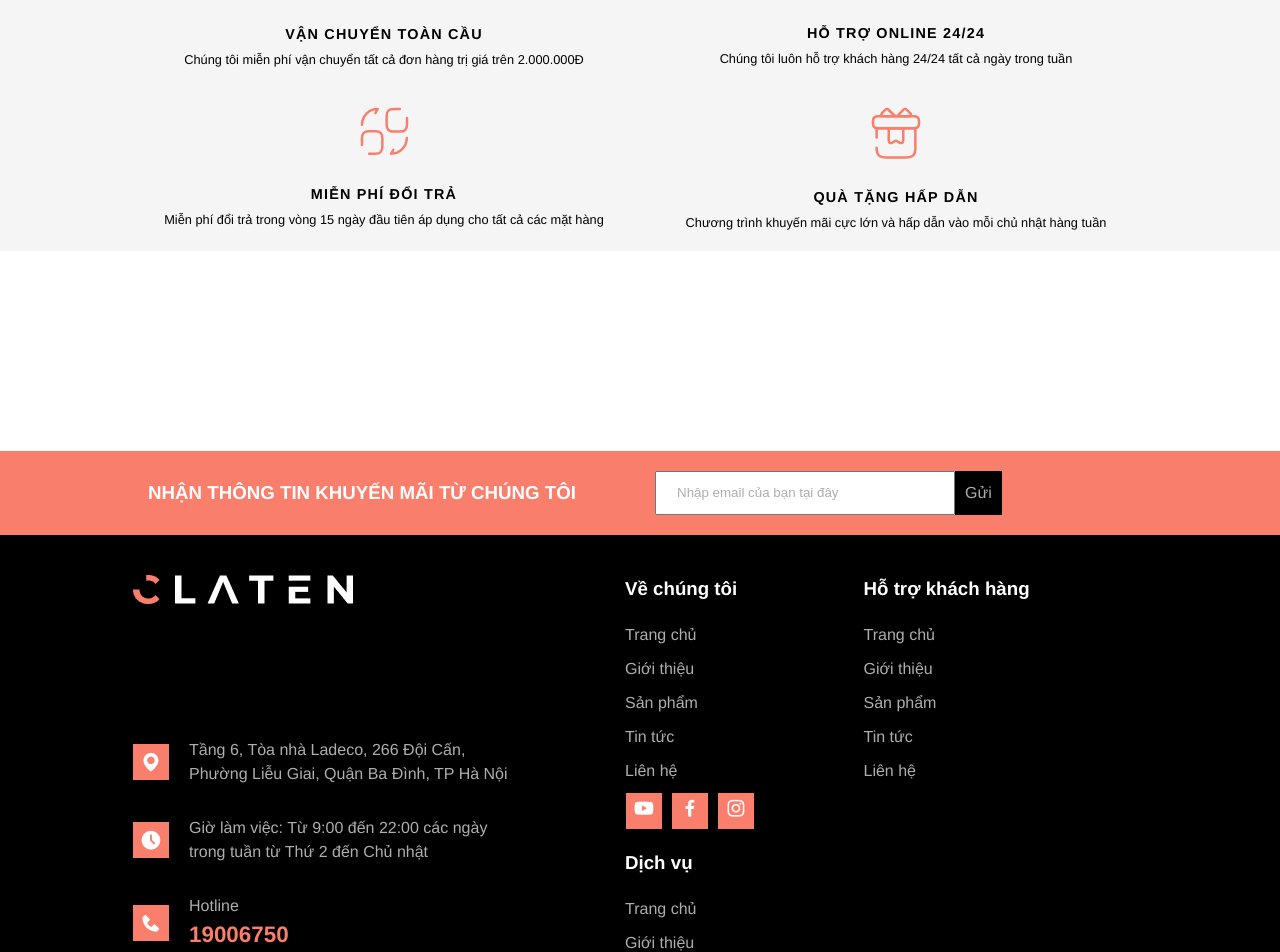
Repository: RennoPMXK/doan
Page: index.html
The author's editor kept a copy of each file at every save. The page is drawn from the files as they stood at one save, then again after the next save.
The browser window is 1280 px wide. The pictures show the part of the page from y = 644 to 1596 px (the page is 1721 px tall before and 1739 px after).

Above is the page before, as saved 2021-11-16 20:15:55.

After the next save:
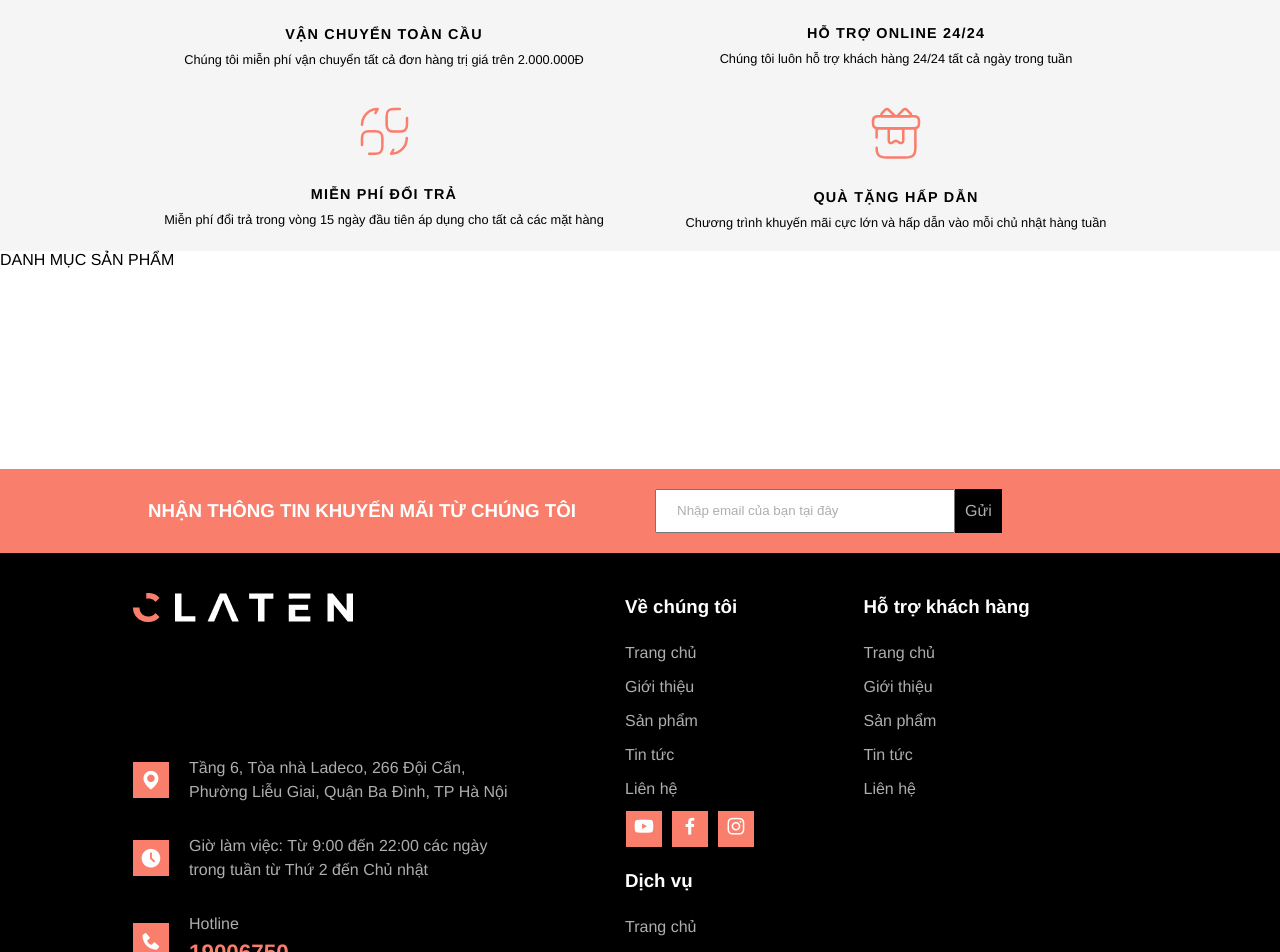
Saved 3 min 14 s later.
--- a/index.html
+++ b/index.html
@@ -141,6 +141,12 @@
 
         </div>
     </div>
+
+    <section class="product-list">
+        <div class="section-title">
+            DANH MỤC SẢN PHẨM
+        </div>
+    </section>
 
     <div class="footer">
         <div class="footer-contact">
